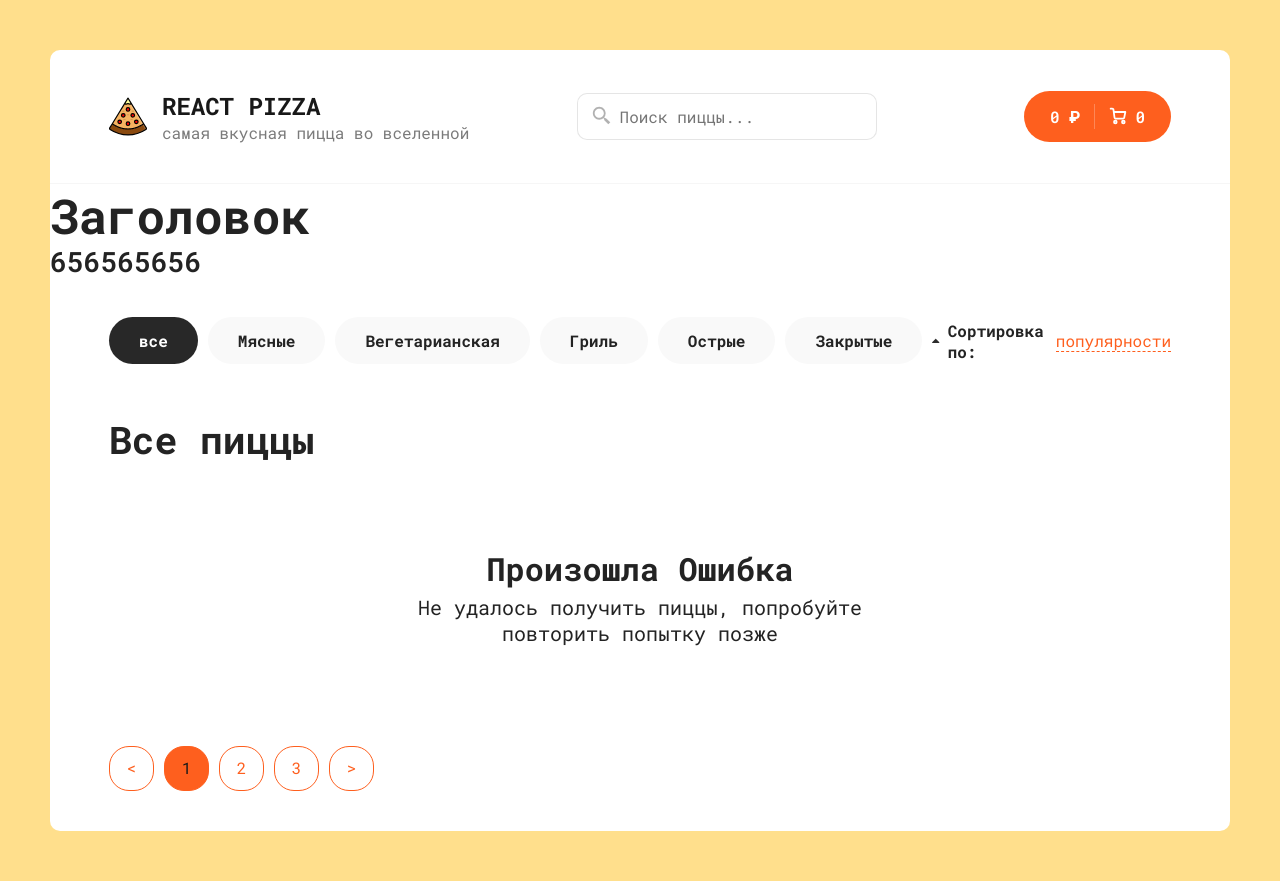
Repository: TI-IT/react-pizza2
Page: /
These files come from the project's save history. The page is drawn as it stood at one moment and after the next save; the edit follows.
The browser window is 1280 px wide. The pictures show the whole page.
The page's requests for data from a server got no answer. The project was rebuilt for these pictures with package versions that can differ from the ones it lists, and the page was loaded fresh each time. No one was signed in, and anything a server would have sent is missing. Also part of the build but not shown: src/components/PizzaBlock.jsx, src/components/CartItem.jsx, src/components/CartEmpty.jsx, src/pages/Cart.jsx, src/pages/FullPizza.jsx, src/components/NotFoundBlock/NotFounBlock.module.scss, src/components/NotFoundBlock/index.jsx, src/pages/NotFound.tsx.

Above is the page before, as saved 2022-10-22 20:57:09.

### public/index.html
<!DOCTYPE html>
<html lang="en">
  <head>
    <meta charset="utf-8" />
    <link rel="icon" href="%PUBLIC_URL%/favicon.ico" />
    <link rel="preconnect" href="https://fonts.googleapis.com" />
    <link rel="preconnect" href="https://fonts.gstatic.com" crossorigin />
    <link
      href="https://fonts.googleapis.com/css2?family=Roboto+Mono:wght@300;400;500;600;700&display=swap"
      rel="stylesheet"
    />
    <meta name="viewport" content="width=device-width, initial-scale=1" />
    <meta name="theme-color" content="#000000" />
    <meta
      name="description"
      content="Web site created using create-react-app"
    />
    <link rel="apple-touch-icon" href="%PUBLIC_URL%/logo192.png" />
    <!--
      manifest.json provides metadata used when your web app is installed on a
      user's mobile device or desktop. See https://developers.google.com/web/fundamentals/web-app-manifest/
    -->
    <link rel="manifest" href="%PUBLIC_URL%/manifest.json" />
    <!--
      Notice the use of %PUBLIC_URL% in the tags above.
      It will be replaced with the URL of the `public` folder during the build.
      Only files inside the `public` folder can be referenced from the HTML.

      Unlike "/favicon.ico" or "favicon.ico", "%PUBLIC_URL%/favicon.ico" will
      work correctly both with client-side routing and a non-root public URL.
      Learn how to configure a non-root public URL by running `npm run build`.
    -->
    <title>React App</title>
  </head>
  <body>
    <noscript>You need to enable JavaScript to run this app.</noscript>
    <div id="root"></div>
    <!--
      This HTML file is a template.
      If you open it directly in the browser, you will see an empty page.

      You can add webfonts, meta tags, or analytics to this file.
      The build step will place the bundled scripts into the <body> tag.

      To begin the development, run `npm start` or `yarn start`.
      To create a production bundle, use `npm run build` or `yarn build`.
    -->
  </body>
</html>

### src/index.tsx
import React from 'react'
import ReactDOM from 'react-dom/client'
import { BrowserRouter } from 'react-router-dom'
import { Provider } from 'react-redux'
import App from './App'
import { store } from './redux/store'

const root = ReactDOM.createRoot(document.getElementById('root'))
root.render(
  <BrowserRouter>
    <Provider store={store}>
      <App />
    </Provider>
  </BrowserRouter>
)

### src/App.js
import React from 'react'
import Header from './components/Header'
import Home from './pages/Home'
import Cart from './pages/Cart'
import FullPizza from './pages/FullPizza.jsx'
import NotFound from './pages/NotFound'
import { Routes, Route } from 'react-router-dom'
import './scss/app.scss'

function Parent({ Children }) {
  return (
    <div>
      <h1>Заголовок</h1>
      {Children}
      <h2>656565656</h2>
    </div>
  )
}

function App() {
  return (
    <div className="wrapper">
      <Header />
      <Parent>555555</Parent>
      <div className="content">
        <Routes>
          <Route path="/" element={<Home />} />
          <Route path="/cart" element={<Cart />} />
          <Route path="/pizza/:id" element={<FullPizza />} />
          <Route path="*" element={<NotFound />} />
        </Routes>
      </div>
    </div>
  )
}
export default App

### src/components/Search/index.jsx
import React from 'react'
import debounce from 'lodash.debounce'
import styles from './Search.module.scss'
import { useDispatch } from 'react-redux'
import { setSearchValue } from '../../redux/slices/filterSlice'

const Search = () => {
  const dispatch = useDispatch()
  const [value, setValue] = React.useState('')
  const inputRef = React.useRef()

  const onClickClear = () => {
    dispatch(setSearchValue(''))
    setValue('')
    inputRef.current.focus()
  }

  const updateSearchValue = React.useCallback(
    debounce(str => {
      dispatch(setSearchValue(str))
    }, 350),
    []
  )

  const onChangeInput = event => {
    setValue(event.target.value)
    updateSearchValue(event.target.value)
  }

  return (
    <div className={styles.root}>
      <svg
        className={styles.icon}
        height="24"
        viewBox="0 0 24 24"
        width="24"
        xmlns="http://www.w3.org/2000/svg">
        <path d="M19.023 16.977a35.13 35.13 0 0 1-1.367-1.384c-.372-.378-.596-.653-.596-.653l-2.8-1.337A6.962 6.962 0 0 0 16 9c0-3.859-3.14-7-7-7S2 5.141 2 9s3.14 7 7 7c1.763 0 3.37-.66 4.603-1.739l1.337 2.8s.275.224.653.596c.387.363.896.854 1.384 1.367l1.358 1.392.604.646 2.121-2.121-.646-.604c-.379-.372-.885-.866-1.391-1.36zM9 14c-2.757 0-5-2.243-5-5s2.243-5 5-5 5 2.243 5 5-2.243 5-5 5z" />
      </svg>
      <input
        ref={inputRef}
        value={value}
        onChange={onChangeInput}
        className={styles.input}
        placeholder="Поиск пиццы..."
      />
      {value && (
        <svg
          onClick={onClickClear}
          className={styles.clearIcon}
          height="48"
          viewBox="0 0 48 48"
          width="48"
          xmlns="http://www.w3.org/2000/svg">
          <path d="M38 12.83L35.17 10 24 21.17 12.83 10 10 12.83 21.17 24 10 35.17 12.83 38 24 26.83 35.17 38 38 35.17 26.83 24z" />
          <path d="M0 0h48v48H0z" fill="none" />
        </svg>
      )}
    </div>
  )
}
export default Search

### src/components/Categories.tsx
import React from 'react'

function Categories({ value, onChangeCategory }) {
  const categories = ['все', 'Мясные', 'Вегетарианская', 'Гриль', 'Острые', 'Закрытые']

  return (
    <div className="categories">
      <ul>
        {categories.map((categoryName, i) => (
          <li key={i} onClick={() => onChangeCategory(i)} className={value === i ? 'active' : ''}>
            {categoryName}
          </li>
        ))}
      </ul>
    </div>
  )
}
export default Categories

### src/components/Sort.jsx
import React from 'react'
import { useSelector, useDispatch } from 'react-redux'
import { selectSort, setSort } from '../redux/slices/filterSlice'
export const sortList = [
  { name: 'популярности(DESC)', sortProperty: 'rating' },
  { name: 'популярности(ASC)', sortProperty: '-rating' },
  { name: 'цене(DESC)', sortProperty: 'price' },
  { name: 'цене(ASC)', sortProperty: '-price' },
  { name: 'алфавиту(DESC)', sortProperty: 'title' },
  { name: 'алфавиту(ASC)', sortProperty: '-title' }
]

function Sort() {
  const dispatch = useDispatch()
  const sort = useSelector(selectSort)
  const sortRef = React.useRef()

  const [open, setOpen] = React.useState(false)

  const onClickListItem = obj => {
    dispatch(setSort(obj))
    setOpen(false)
  }

  React.useEffect(() => {
    const handleClickoutside = event => {
      if (!event.path.includes(sortRef.current)) {
        setOpen(false)
      }
    }
    document.body.addEventListener('click', handleClickoutside)

    return () => document.body.removeEventListener('click', handleClickoutside)
  }, [])

  return (
    <div ref={sortRef} className="sort">
      <div className="sort__label">
        <svg
          width="10"
          height="6"
          viewBox="0 0 10 6"
          fill="none"
          xmlns="http://www.w3.org/2000/svg">
          <path
            d="M10 5C10 5.16927 9.93815 5.31576 9.81445 5.43945C9.69075 5.56315 9.54427 5.625 9.375 5.625H0.625C0.455729 5.625 0.309245 5.56315 0.185547 5.43945C0.061849 5.31576 0 5.16927 0 5C0 4.83073 0.061849 4.68424 0.185547 4.56055L4.56055 0.185547C4.68424 0.061849 4.83073 0 5 0C5.16927 0 5.31576 0.061849 5.43945 0.185547L9.81445 4.56055C9.93815 4.68424 10 4.83073 10 5Z"
            fill="#2C2C2C"
          />
        </svg>
        <b>Сортировка по:</b>
        <span onClick={() => setOpen(!open)}>{sort.name}</span>
      </div>
      {open && (
        <div className="sort__popup">
          <ul>
            {sortList.map((obj, i) => (
              <li
                key={i}
                onClick={() => onClickListItem(obj)}
                className={sort.sortProperty === obj.sortProperty ? 'active' : ''}>
                {obj.name}
              </li>
            ))}
          </ul>
        </div>
      )}
    </div>
  )
}

export default Sort

### src/components/PizzaBlock/Skeleton.jsx
import React from 'react'
import ContentLoader from 'react-content-loader'

const Skeleton = props => (
  <ContentLoader
    className="pizza-block"
    speed={2}
    width={280}
    height={465}
    viewBox="0 0 280 465"
    backgroundColor="#f3f3f3"
    foregroundColor="#ecebeb">
    <circle cx="134" cy="127" r="98" />
    <rect x="0" y="465" rx="5" ry="5" width="280" height="32" />
    <rect x="28" y="231" rx="7" ry="7" width="218" height="22" />
    <rect x="33" y="271" rx="19" ry="19" width="213" height="69" />
    <rect x="30" y="365" rx="1" ry="1" width="88" height="27" />
    <rect x="141" y="362" rx="17" ry="17" width="106" height="35" />
  </ContentLoader>
)

export default Skeleton

### src/components/Pagination/index.jsx
import React from 'react'
import ReactPaginate from 'react-paginate'
import styles from './Pagination.module.scss'

const Pagination = ({ onChangePage, currentPage }) => {
  return (
    <div>
      <ReactPaginate
        className={styles.root}
        breakLabel="..."
        nextLabel=">"
        previousLabel="<"
        onPageChange={e => onChangePage(e.selected + 1)}
        pageRangeDisplayed={4}
        pageCount={3}
        forcePage={currentPage - 1}
        renderOnZeroPageCount={null}
      />
    </div>
  )
}

export default Pagination

### src/scss/libs/_normalize.scss
* {
  padding: 0;
  margin: 0;
  list-style: none;
  outline: none;
  font-family: 'Roboto Mono', Roboto, system-ui, Tahoma, sans-serif;
  box-sizing: border-box;
}

html {
  -ms-text-size-adjust: 100%;
  -webkit-text-size-adjust: 100%;
}

body {
  -moz-osx-font-smoothing: grayscale;
  -webkit-font-smoothing: antialiased;
  color: $black;
}

a,
span,
p,
b,
h1,
h2,
h3,
h4,
h5 {
  color: $black;
}

h1 {
  font-size: 48px;
}

h2 {
  font-weight: 600;
  font-size: 28px;
  line-height: 30px;
}

a {
  text-decoration: none;
}

@mixin noselect {
  -webkit-touch-callout: none; /* iOS Safari */
  -webkit-user-select: none; /* Safari */
  -khtml-user-select: none; /* Konqueror HTML */
  -moz-user-select: none; /* Old versions of Firefox */
  -ms-user-select: none; /* Internet Explorer/Edge */
  user-select: none; /* Non-prefixed version, currently
                                  supported by Chrome, Opera and Firefox */
}

### src/scss/components/_header.scss
@import '../variables.scss';

.header {
  border-bottom: 1px solid $gray-line;
  padding: 40px 0;

  .container {
    display: flex;
    align-items: center;
    justify-content: space-between;

    @media (max-width: 645px) {
      flex-direction: column;
      .header__cart {
        margin-top: 20px;
      }
    }
  }

  &__logo {
    display: flex;

    img {
      margin-right: 15px;
    }

    h1 {
      color: #181818;
      font-size: 24px;
      letter-spacing: 1%;
      text-transform: uppercase;
      font-weight: 800;
    }

    p {
      color: #7b7b7b;
    }
  }
}

### src/scss/components/_button.scss
@import '../variables.scss';

.button {
  display: inline-block;
  background-color: $orange;
  border-radius: 30px;
  padding: 10px 20px;
  min-width: 100px;
  text-align: center;
  cursor: pointer;
  transition: background-color $duration ease-in-out, border-color $duration ease-in-out;
  border: 1px solid transparent;
  @include noselect();

  &,
  span {
    color: #fff;
  }

  i,
  span,
  path,
  svg {
    transition: all $duration ease-in-out;
  }

  &:hover {
    background-color: darken($orange, 8%);
  }

  &:active {
    background-color: darken($orange, 12%);
    transform: translateY(1px);
  }

  &--circle {
    display: flex;
    align-items: center;
    justify-content: center;
    width: 32px;
    height: 32px;
    min-width: 32px;
    padding: 0;
    border-width: 2px;
  }

  &--black {
    background-color: $black;

    &:hover,
    &:active {
      background-color: lighten($color: $black, $amount: 10);
    }
  }

  &--outline {
    background-color: #fff;
    border-color: $orange;
    &,
    span {
      color: $orange;
    }

    svg {
      path {
        fill: $orange;
      }
    }

    &:hover {
      background-color: $orange;

      &,
      span {
        color: #fff;
      }

      svg {
        path {
          fill: #fff;
        }
      }
    }

    &:active {
      background-color: darken($orange, 8%);
    }
  }

  &__delimiter {
    width: 1px;
    height: 25px;
    background-color: rgba(255, 255, 255, 0.25);
    margin-left: 14px;
    margin-right: 14px;
  }

  &--add {
    svg {
      margin-right: 2px;
    }

    span {
      font-weight: 600;
      font-size: 16px;
    }

    &:hover {
      i {
        background-color: #fff;
        color: $orange;
      }
    }

    i {
      display: inline-block;
      border-radius: 30px;
      background-color: $orange;
      color: #fff;
      font-weight: 600;
      width: 22px;
      height: 22px;
      font-style: normal;
      font-size: 13px;
      line-height: 22px;
      position: relative;
      top: -1px;
      left: 3px;
    }
  }

  &--cart {
    display: flex;
    align-items: center;
    line-height: 23px;
    padding: 12px 25px;

    svg {
      margin-right: 8px;
      margin-bottom: 1px;
    }

    span {
      font-weight: 600;
      font-size: 16px;
    }
  }
}

### src/scss/components/_sort.scss
@import '../variables.scss';

.sort {
  position: relative;
  &__label {
    display: flex;
    align-items: center;

    svg {
      margin-right: 8px;
    }

    b {
      margin-right: 8px;
    }

    span {
      color: $orange;
      border-bottom: 1px dashed $orange;
      cursor: pointer;
    }
  }

  &__popup {
    position: absolute;
    right: 0;
    margin-top: 15px;
    background: #ffffff;
    box-shadow: 0px 5px 15px rgba(0, 0, 0, 0.09);
    border-radius: 10px;
    overflow: hidden;
    padding: 10px 0;

    ul {
      overflow: hidden;
      li {
        padding: 12px 20px;
        cursor: pointer;

        &.active,
        &:hover {
          background: rgba(254, 95, 30, 0.05);
        }

        &.active {
          font-weight: bold;
          color: $orange;
        }
      }
    }
  }
}

### src/scss/components/_pizza-block.scss
@import '../variables.scss';

.pizza-block {
  width: 280px;
  text-align: center;
  margin-bottom: 65px;

  &-wrapper {
    display: flex;
    justify-content: center;
  }

  &__image {
    width: 260px;
  }

  &__title {
    font-size: 20px;
    font-weight: 900;
    letter-spacing: 1%;
    margin-bottom: 20px;
  }

  &__selector {
    display: flex;
    background-color: #f3f3f3;
    border-radius: 10px;
    flex-direction: column;
    padding: 6px;

    ul {
      display: flex;
      flex: 1;

      &:first-of-type {
        margin-bottom: 6px;
      }

      li {
        padding: 8px;
        flex: 1;
        cursor: pointer;
        font-weight: 600;
        font-size: 14px;
        @include noselect();
        &.active {
          background: #ffffff;
          box-shadow: 0px 2px 4px rgba(0, 0, 0, 0.04);
          border-radius: 5px;
          cursor: auto;
        }
      }
    }
  }

  &__bottom {
    display: flex;
    align-items: center;
    justify-content: space-between;
    margin-top: 20px;
  }

  &__price {
    font-weight: bold;
    font-size: 22px;
    line-height: 27px;
    letter-spacing: 0.015em;
  }
}

### src/components/Search/Search.module.scss
.root {
  position: relative;
  left: -20px;
}

.input {
  border: 1px solid rgba(0, 0, 0, 0.1);
  padding: 12px 20px;
  padding-left: 42px;
  width: 300px;
  border-radius: 10px;
  font-size: 16px;

  &:focus {
    border: 1.5px solid rgba(151, 81, 16, 0.4);
  }
}
.icon {
  width: 22px;
  height: 22px;
  opacity: 0.3;
  position: absolute;
  left: 14px;
  top: 12px;
}
.clearIcon {
  width: 18px;
  height: 18px;
  opacity: 0.3;
  position: absolute;
  right: 15px;
  top: 15px;
  cursor: pointer;

  &:hover {
    opacity: 0.8;
  }
}

### src/components/Pagination/Pagination.module.scss
.root {
  li {
    display: inline-block;
  }

  a {
    text-align: center;
    width: 45px;
    line-height: 42px;
    height: 45px;
    border: 1px solid #fe5f1e;
    border-radius: 20px;
    margin-right: 10px;
    cursor: pointer;
    display: inline-block;
    color: #fe5f1e;
    &:hover {
      background-color: gold;
      a {
        color: rgb(255, 255, 255);
      }
    }
  }
  :global {
    .selected {
      a {
        background-color: #fe5f1e;
        color: rgb(22, 24, 24);
      }
    }
  }
}

Loaded but not shown: src/scss/_variables.scss (common file); src/scss/components/_all.scss (common file); src/scss/components/_categories.scss (common file); src/redux/slices/pizzaSlice.js (51 lines, source omitted); src/redux/slices/cartSlice.js (47 lines, source omitted); src/redux/slices/filterSlice.js (43 lines, source omitted); src/redux/store.js (12 lines, source omitted); src/scss/app.scss (386 lines, source omitted); src/pages/Home.jsx (124 lines, source omitted); src/components/Header.jsx (68 lines, source omitted)

After the next save:
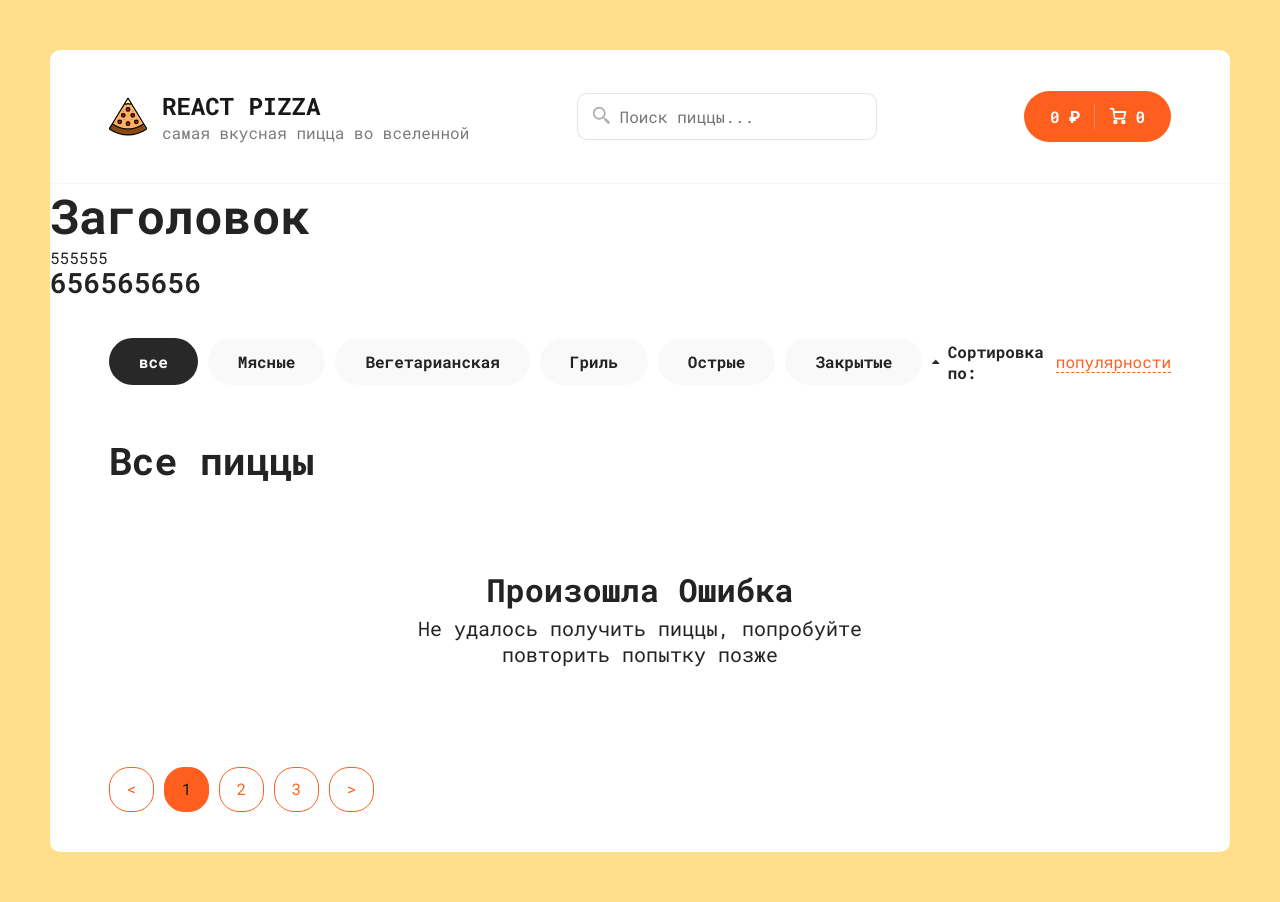
Saved 47 s later.
--- a/src/App.js
+++ b/src/App.js
@@ -7,11 +7,11 @@
 import { Routes, Route } from 'react-router-dom'
 import './scss/app.scss'
 
-function Parent({ Children }) {
+function Parent({ children }) {
   return (
     <div>
       <h1>Заголовок</h1>
-      {Children}
+      {children}
       <h2>656565656</h2>
     </div>
   )

After the save that followed:
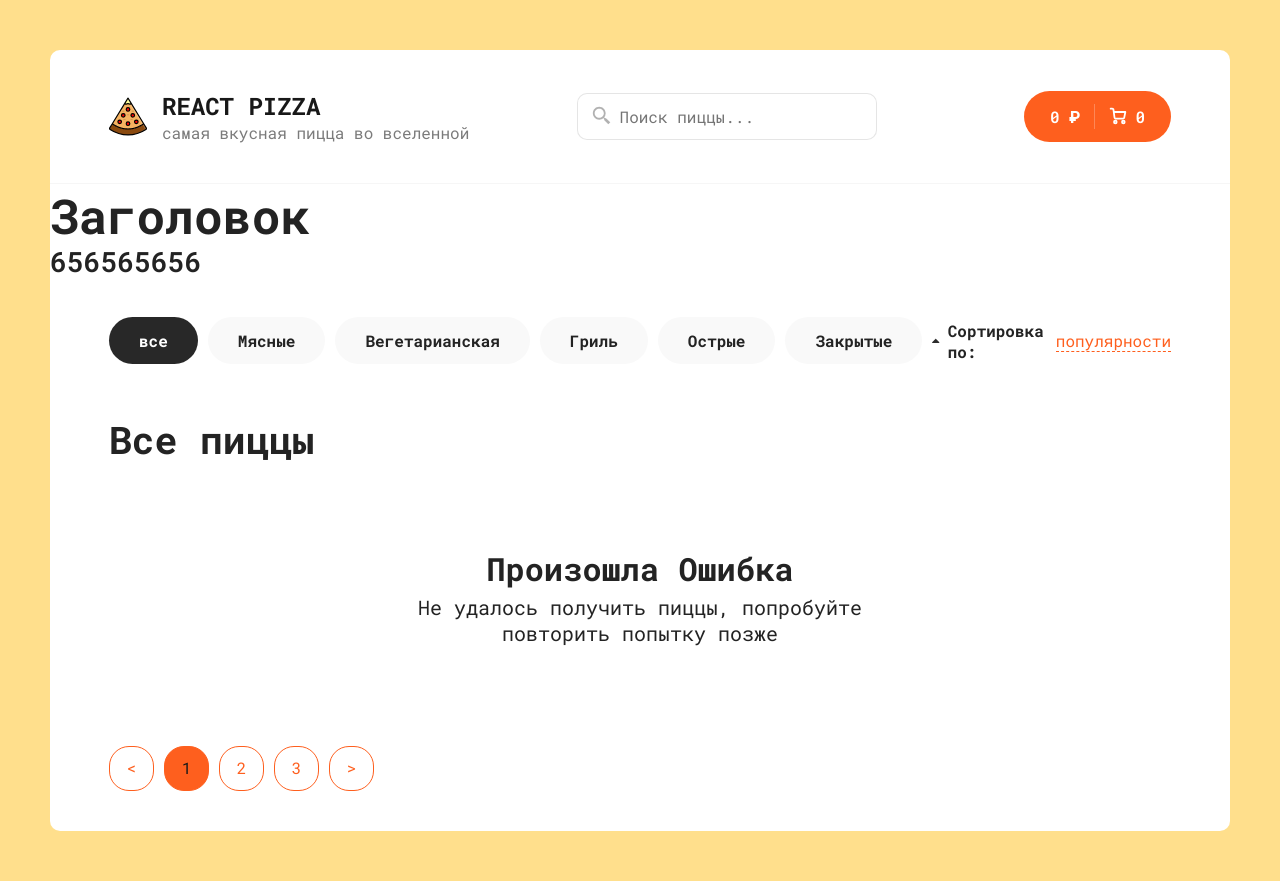
Saved 89 s later.
--- a/src/App.js
+++ b/src/App.js
@@ -4,14 +4,14 @@
 import Cart from './pages/Cart'
 import FullPizza from './pages/FullPizza.jsx'
 import NotFound from './pages/NotFound'
-import { Routes, Route } from 'react-router-dom'
+import { Routes, Route, Outlet } from 'react-router-dom'
 import './scss/app.scss'
 
 function Parent({ children }) {
   return (
     <div>
       <h1>Заголовок</h1>
-      {children}
+      <Outlet />
       <h2>656565656</h2>
     </div>
   )
